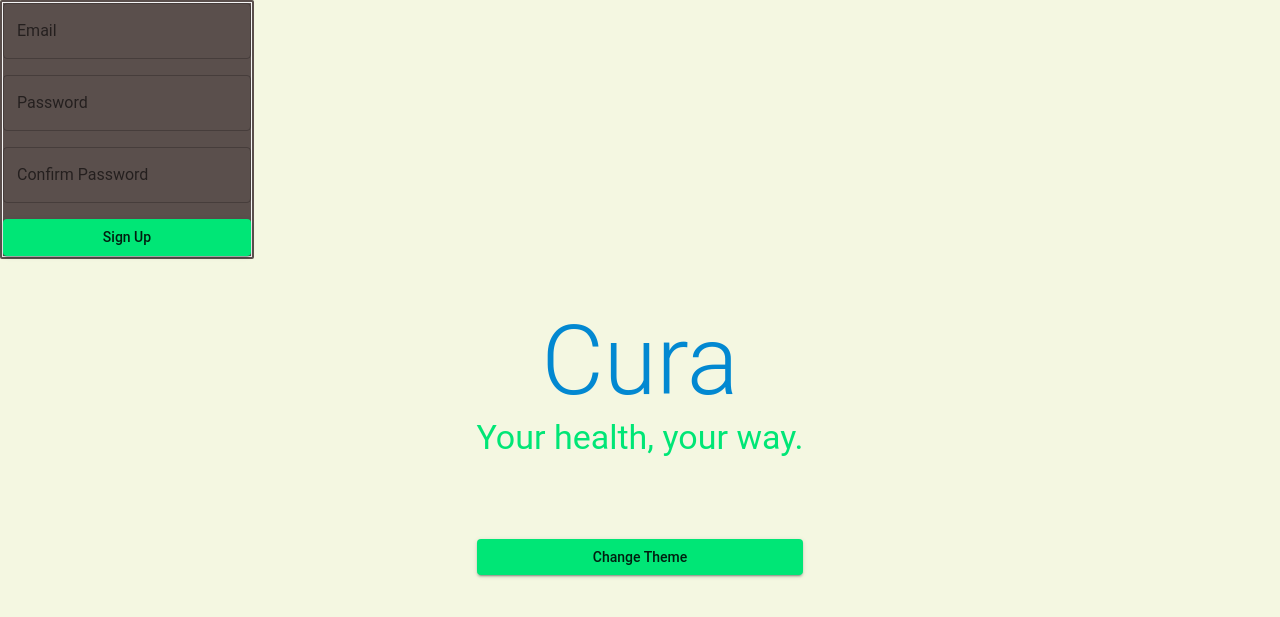
Repository: CryptoFamilyNFT/Cura
Page: / (app in cura/)
An editor plug-in stored every save of this project. The page is shown before and after the next save, followed by the edit.
The browser window is 1280 px wide. The pictures show the whole page.
Pictures or frames that could not be fetched are drawn as grey boxes. The project was rebuilt for these pictures with package versions that can differ from the ones it lists, and the page was loaded fresh each time. Also part of the build but not shown: cura/vite.config.js.

Above is the page before, as saved 2025-03-04 16:29:16.

### cura/src/main.jsx
import React from 'react'
import { createRoot } from 'react-dom/client'
import './index.css'
import App from './App.jsx'
import CuraThemeProvider from './theme/ThemeProvider.jsx';
import UserProvider from './helper/UserProvider.jsx';

const root = createRoot(document.getElementById('root'));

root.render(
  <UserProvider>
    <App />
  </UserProvider>
)

### cura/src/App.jsx
import { Hero } from './components/Hero/Hero';
import React, { useState } from 'react';
import CuraThemeProvider from './theme/ThemeProvider';
import { createAppTheme } from './theme/theme';
import { Box, Container } from '@mui/material';
import { SignUp } from './components/SignUp/SignUp';

function App() {
  const [currentTheme, setTheme] = useState(createAppTheme('light'));

  const handleThemeChange = () => {
    setTheme((prevTheme) =>
      createAppTheme(prevTheme.palette.mode === 'light' ? 'dark' : 'light')
    );

    console.log(currentTheme);
  }


  return (
    <CuraThemeProvider theme={currentTheme}>
      <Box sx={(theme) => ({
        background: theme.palette.mode === 'light' ? '#f4f7e1' : '#1e1e1e',
        height: '100vh',
        width: '100vw',
        display: 'flex',
        alignItems: 'center',
        justifyContent: 'center',
        flexDirection: 'column',
        gap: 10
      })}>
        <SignUp/>
        <Hero handleTheme={handleThemeChange} />
      </Box>
    </CuraThemeProvider>
  )
}

export default App;

### cura/src/theme/ThemeProvider.jsx
import { ThemeProvider } from "@mui/material";

export default function CuraThemeProvider({ children, theme }) {
    return (
        <ThemeProvider theme={theme}>
            {children}
        </ThemeProvider>
    );
}

### cura/src/helper/UserProvider.jsx
import React from "react";
import  UserContext  from "./UserContext";
import { UserHelper } from "./UserHelper";

const UserProvider = ({ children }) => {
    const [context, setContext] = React.useState({isLoad: true, reload: false, theme: 'light'});

    const saveContext = (context) => {
      setContext(context);
    };

    return <UserContext.Provider value={{context, saveContext}}>{children}</UserContext.Provider>;
  };

  export default UserProvider;

### cura/src/components/Hero/Hero.jsx
/* eslint-disable no-unused-vars */
import { Container, Typography, Box, Button } from "@mui/material";

export const Hero = ({ handleTheme }) => {
    return (

            <Box sx={{
                display: 'flex',
                flexDirection: 'column',
                justifyContent: 'center',
                g: 2
            }}>
                <Typography variant="h1" color="info" align="center">Cura</Typography>
                <Typography variant="h4" color="secondary" align="center">Your health, your way.</Typography>
                <Button sx={{mt: 10}} variant="contained" color="secondary" onClick={(e) => handleTheme(e)}>Change Theme</Button>
            </Box>
    );
}

### cura/src/theme/theme.jsx
/* eslint-disable no-undef */
/* eslint-disable no-unused-vars */
import { createTheme } from "@mui/material";
import { green, purple } from '@mui/material/colors';

const baseTheme = {
    palette: {
        primary: {
            main: purple[500],
            light: purple[300],
            dark: purple[700],
        },
        secondary: {
            main: green[500],
            light: green[300],
            dark: green[700],
        }
    },
    typography: {
        fontFamily: 'Roboto, sans-serif',
    },
    components: {
        MuiButton: {
            styleOverrides: {
                root: {
                    textTransform: 'none',
                },
            },
        },
    },
};

export const createAppTheme = (mode) => createTheme({
    ...baseTheme,
    palette: {
        ...baseTheme.palette,
        mode: mode,
        primary: mode === 'dark' ? green : purple,
        secondary: mode === 'dark' ? purple : green,
    },
});

### cura/src/components/SignUp/SignUp.jsx
import { Box, Button, FormControl, TextField } from "@mui/material"

export const SignUp = () => {
    return (
        <Box sx={{
            mt: 10,
            width: 300,
            backgroundImage: 'url(https://source.unsplash.com/random/800x600)',
            backgroundSize: 'cover',
            display: 'flex',
            justifyContent: 'center',
        }}>
            <div
            style={{
                position: 'absolute',
                top: 0,
                left: 0,
                width: 'auto',
                height: 'auto',
                backgroundColor: 'rgba(74, 60, 60, 0.9)',
                zIndex: 1,
                backdropFilter: 'blur(5px)',
                padding: 2,
                borderRadius: 2
            }}>
                <FormControl sx={{
                    gap: 2,
                    border: '1px solid whitesmoke',
                }}>
                    <TextField id="outlined-basic" label="Email" variant="outlined" />
                    <TextField id="outlined-basic" label="Password" variant="outlined" />
                    <TextField id="outlined-basic" label="Confirm Password" variant="outlined" />
                    <Button variant="contained" color="secondary">Sign Up</Button>
                </FormControl>
            </div>
        </Box>
    )
}

### cura/src/helper/UserHelper.jsx
/* eslint-disable no-unused-vars */

export class UserHelper {
    static user = {
        isConnected: false,
        data: null
    }

    static initUser(context) {
        // qui gestiamo l'inizializzazione dell'utente e salviamo i dati nel context
        const data = {
            name: 'Mario',
            surname: 'Rossi',
            email: 'mario@gmail.com'
        }
        context = { ...context, data: data };
    }
}

Loaded but not shown: cura/index.html (common file); cura/src/index.css (common file); cura/src/helper/UserContext.jsx (common file)

After the next save:
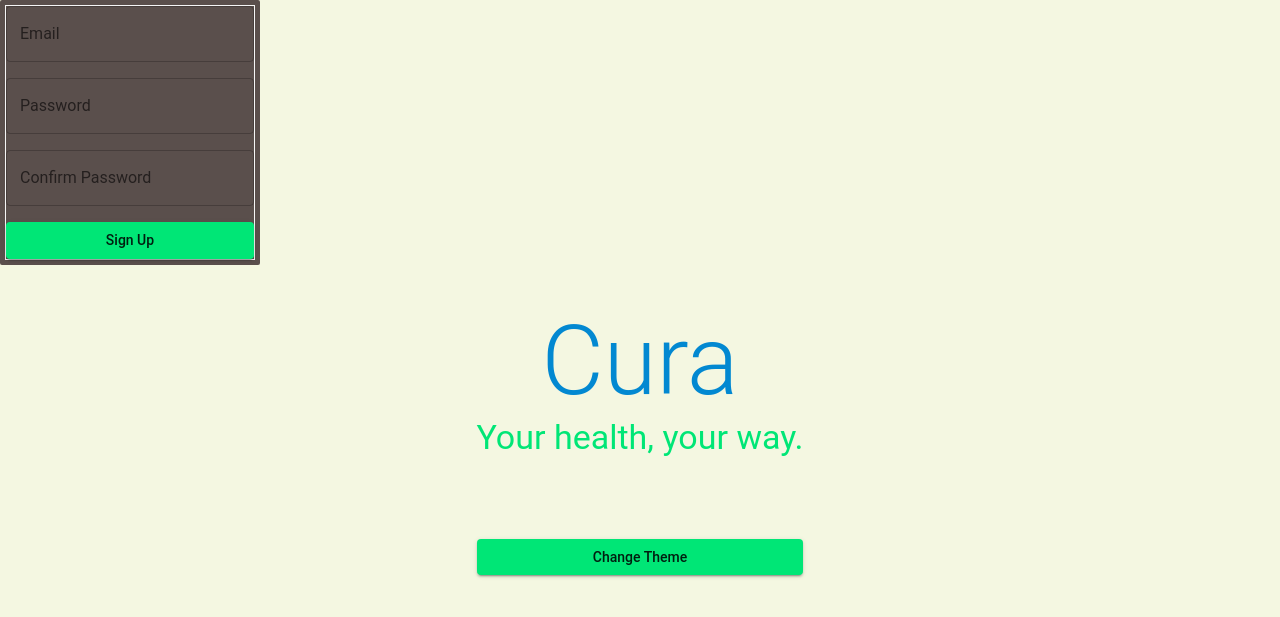
Saved 6 s later.
--- a/cura/src/components/SignUp/SignUp.jsx
+++ b/cura/src/components/SignUp/SignUp.jsx
@@ -20,7 +20,7 @@
                 backgroundColor: 'rgba(74, 60, 60, 0.9)',
                 zIndex: 1,
                 backdropFilter: 'blur(5px)',
-                padding: 2,
+                padding: 5,
                 borderRadius: 2
             }}>
                 <FormControl sx={{
